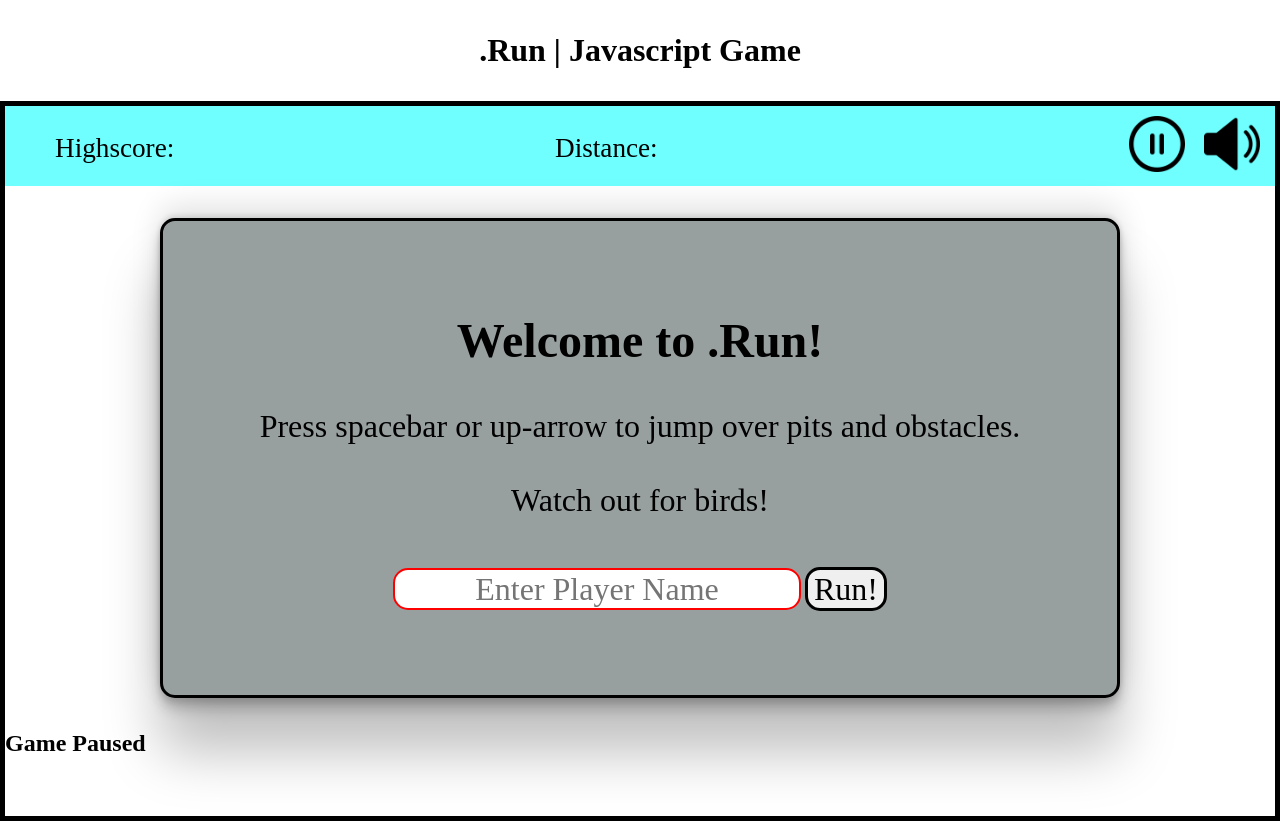
Repository: jellymel0n/bit-biker
Page: index.html
These files come from the project's save history. The page is drawn as it stood at one moment and after the next save; the edit follows.
The browser window is 1280 px wide. The pictures show the whole page.

Above is the page before, as saved 2021-07-05 10:12:18.

After the next save:
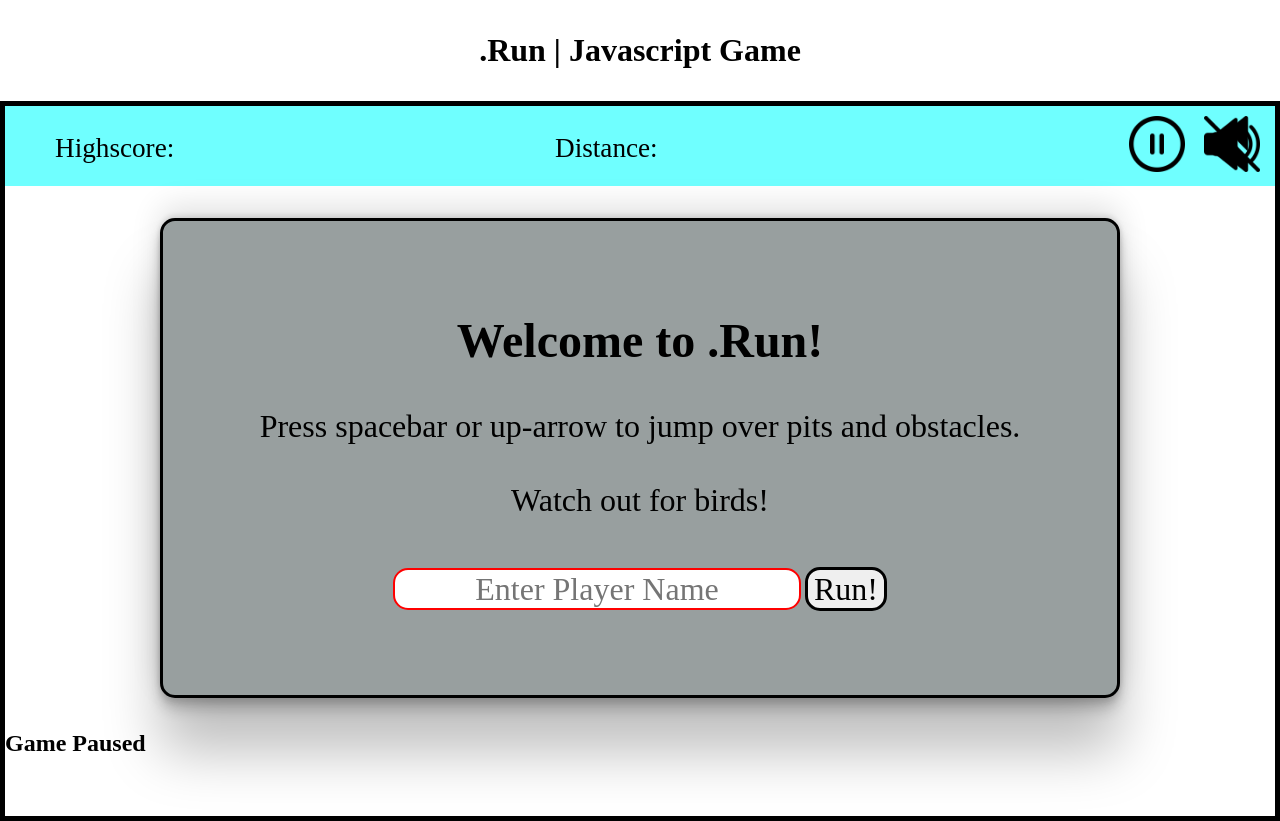
Saved 12 s later.
--- a/index.html
+++ b/index.html
@@ -23,6 +23,9 @@
             </div>
             <div id='btn-volume'>
                 <img src="assets/graphics/icons/volume.png" alt="volume button, speaker icon">
+            </div>
+            <div id="btn-mute">
+                <img src='assets/graphics/icons/mute.png' alt='mute button, speaker icon crossed out'>
             </div>
         </div>
         <!-- End of game board header -->

After the save that followed:
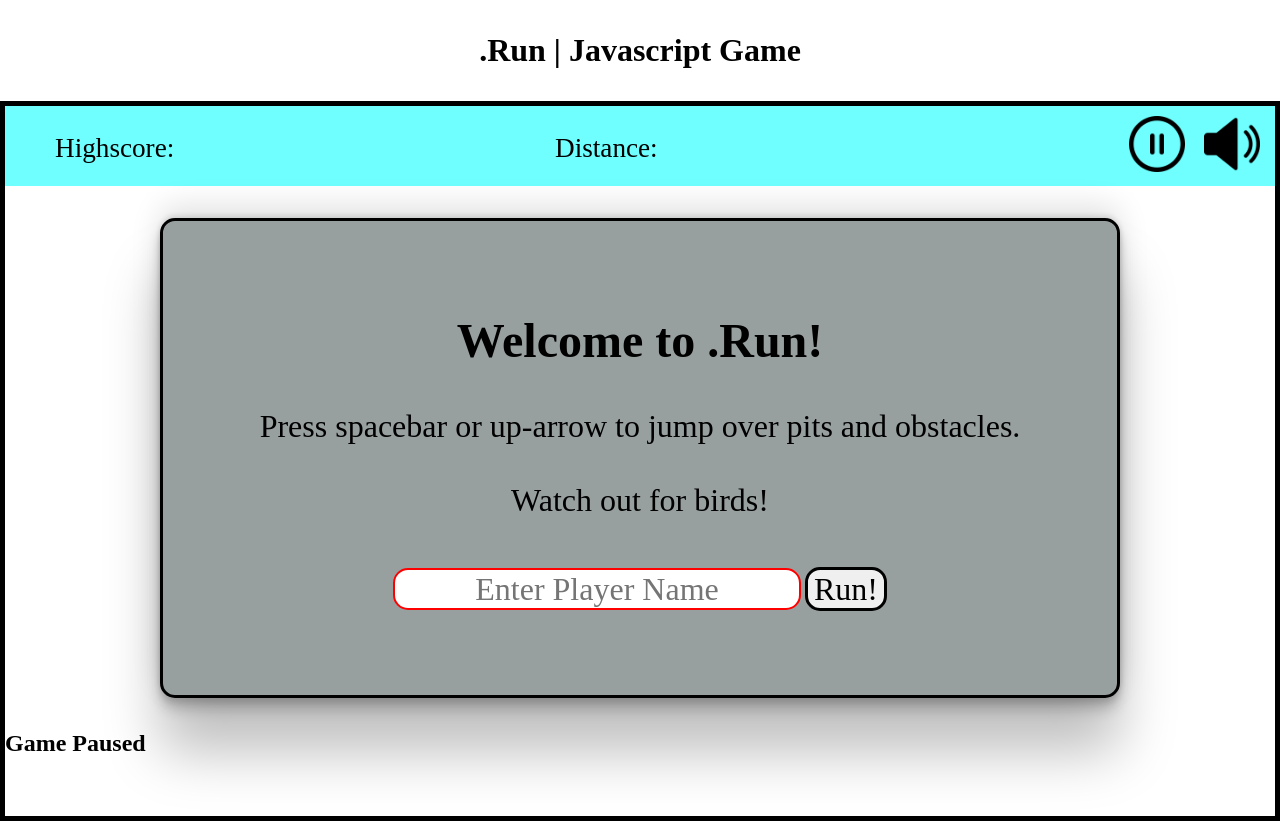
Saved 28 s later.
--- a/styles/styles.css
+++ b/styles/styles.css
@@ -63,6 +63,10 @@ div#game-header {
     cursor: pointer;
 }
 
+#btn-mute img {
+    display: none;
+}
+
 /* end of game board header */
 
 /* Splash screen styles */
